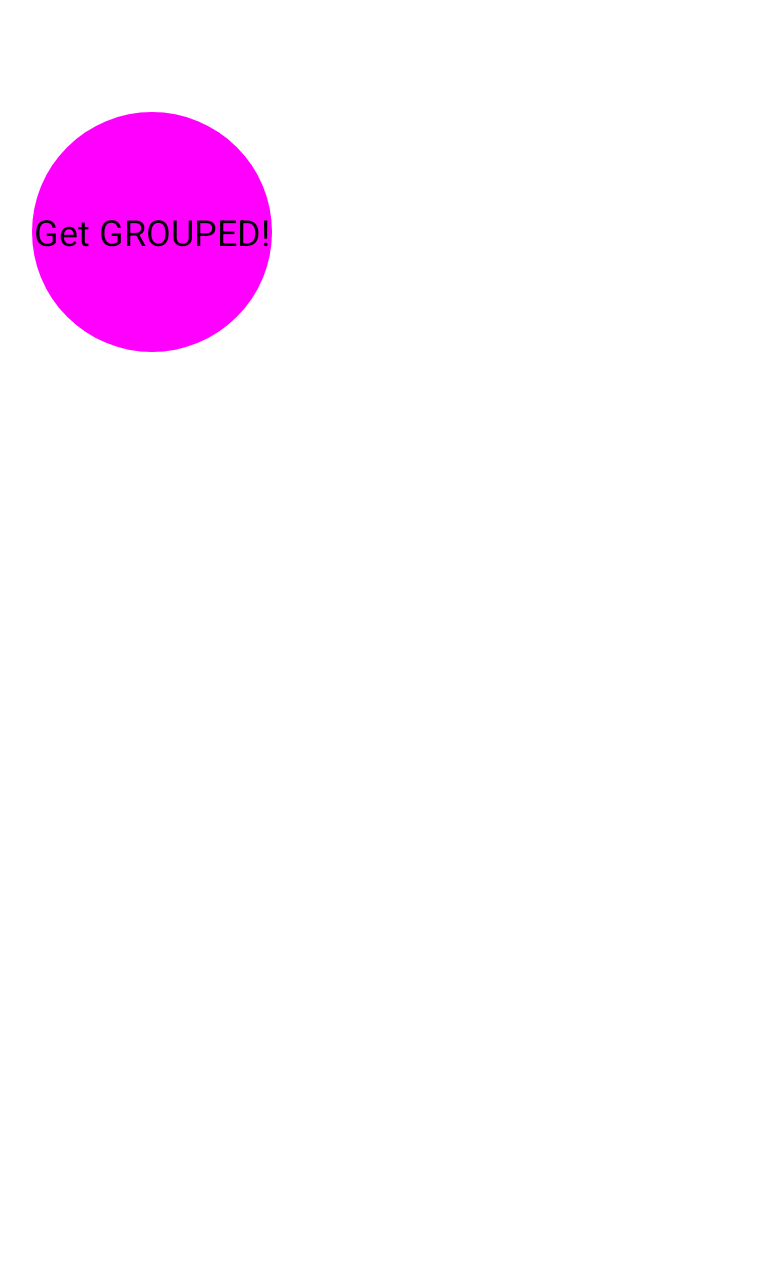
Repository: cs4471/grouped-client
Layout: Grouped/res/layout/activity_main.xml
These files come from the project's save history. The layout is drawn as it stood at one moment and after the next save; the edit follows.
It is drawn on a 768 x 1280 px phone screen (xhdpi) without system bars, with theme AppTheme; the app's code is not run.

Above is the layout before, as saved 2013-09-27 06:35:45.

After the next save:
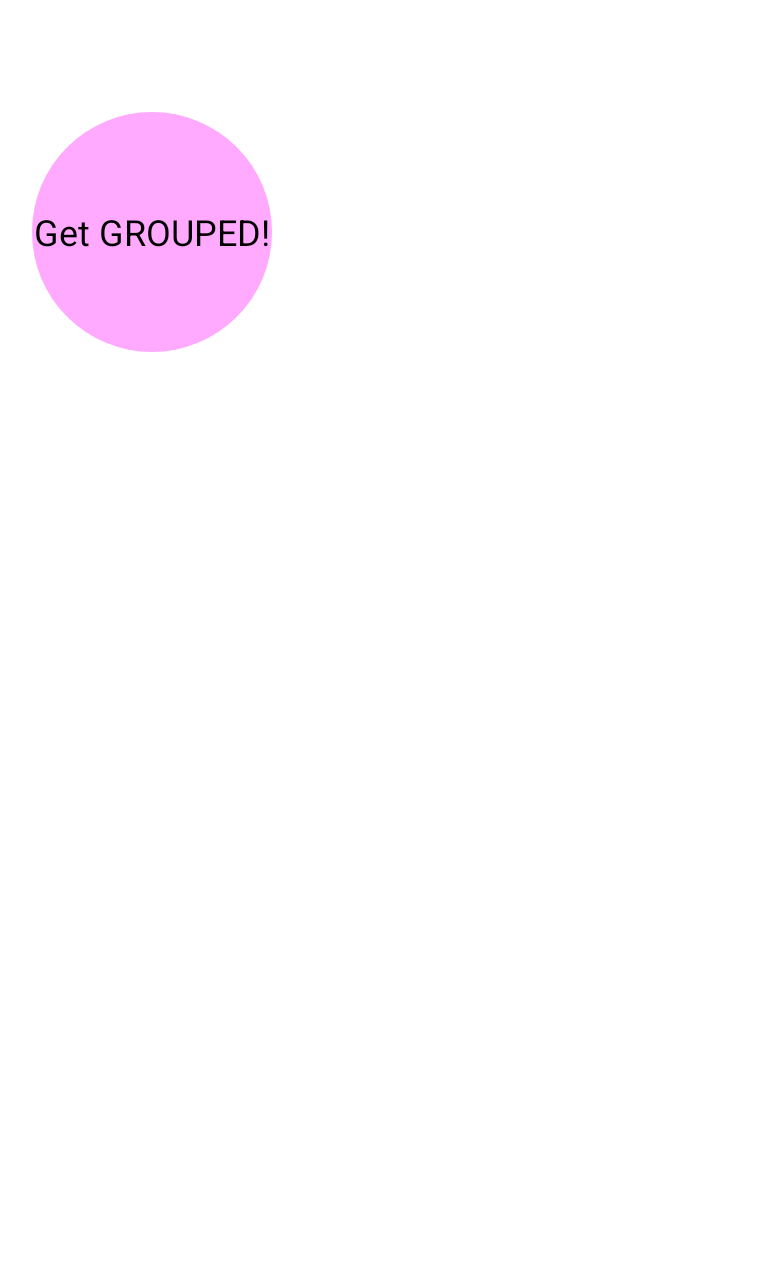
Saved 8 s later.
--- a/Grouped/res/drawable/GetGroupedButton.xml
+++ b/Grouped/res/drawable/GetGroupedButton.xml
@@ -4,7 +4,7 @@
     android:shape="oval">
 
    <solid
-       android:color="#ff00ff"/>
+       android:color="#ffaaff"/>
 
    <size
        android:width="120dp"
